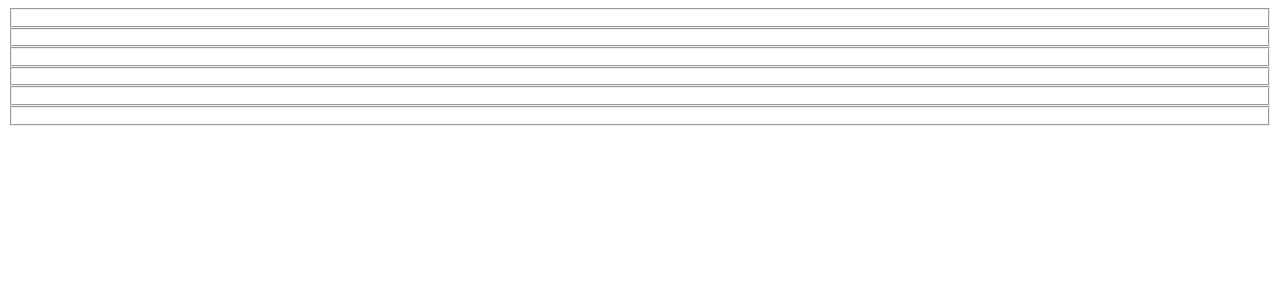
Repository: fran2708/wordle
Page: index.html
These files come from the project's save history. The page is drawn as it stood at one moment and after the next save; the edit follows.
The browser window is 1280 px wide. The pictures show the whole page.

Above is the page before, as saved 2022-06-21 21:20:57.

### index.html
<!DOCTYPE html>
    <html lang="en">
    <head>
        <meta charset="UTF-8">
        <meta http-equiv="X-UA-Compatible" content="IE=edge">
        <meta name="viewport" content="width=device-width, initial-scale=1.0">
        <script src="/script.js"></script>
        <link rel="stylesheet" href="/styles.css">
        <title>Wordle</title>
    </head>
    <body>
        <header>

        </header>

        <main>
            <div id="tablero">
                <fieldset>

                </fieldset>
                <fieldset>

                </fieldset>
                <fieldset>

                </fieldset>
                <fieldset>

                </fieldset>
                <fieldset>

                </fieldset>
                <fieldset>

                </fieldset>
            </div>
        </main>
    </body>
</html>

Loaded but not shown: script.js (no copy from this time; the picture is the same without it); styles.css (no stored copy; drawn as an empty file)

After the next save:
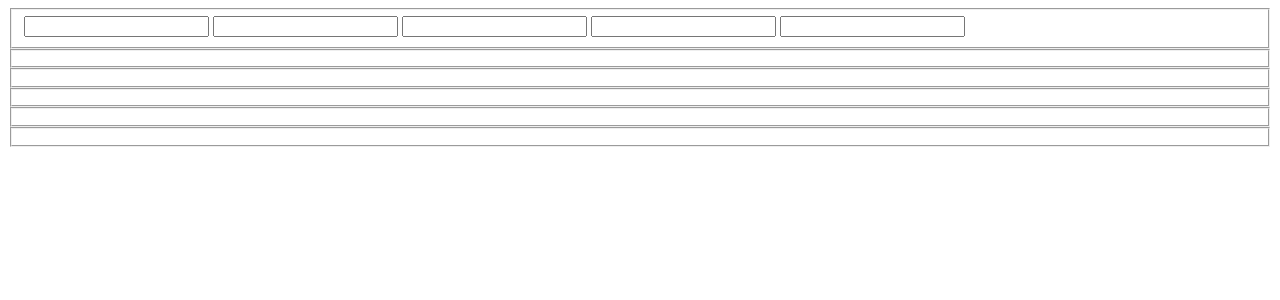
Saved 84 s later.
--- a/index.html
+++ b/index.html
@@ -16,7 +16,11 @@
         <main>
             <div id="tablero">
                 <fieldset>
-
+                    <input name="11" class="celda" id="c11">
+                    <input name="12" class="celda" id="c12">
+                    <input name="13" class="celda" id="c13">
+                    <input name="14" class="celda" id="c14">
+                    <input name="15" class="celda" id="c15">
                 </fieldset>
                 <fieldset>
 
